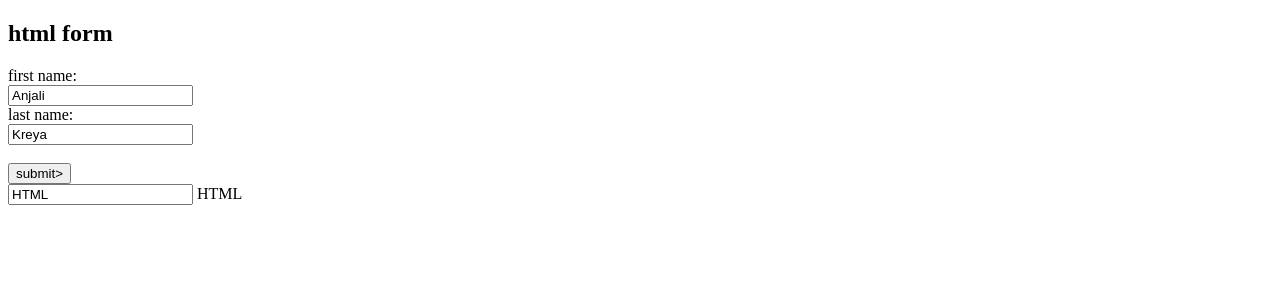
Repository: pratixa-chauhan/practice
Page: style/form.html
An editor plug-in stored every save of this project. The page is shown before and after the next save, followed by the edit.
The browser window is 1280 px wide. The pictures show the whole page.

Above is the page before, as saved 2021-12-17 17:05:52.

### style/form.html
<!DOCTYPE html>
<html>
    <body>
        <h2>html form</h2>
    <form action="action_page.php">
        <label for="fname">first name:</label><br>
        <input type="taxt" id="fname" name="fname" value="Anjali"><br>
        <label for="lname">last name:</label><br>
        <input type="taxt" id="lname" name="lname" value="Kreya"><br><br>
        <input type="submit" value="submit>"<br><br>
    </form>

    <form action="action_page.php">
        <input type="redio" id="html" name="fav_langauge" value="HTML">
        <label for="html">HTML</label>

    </form>
    </body>

</html>

After the next save:
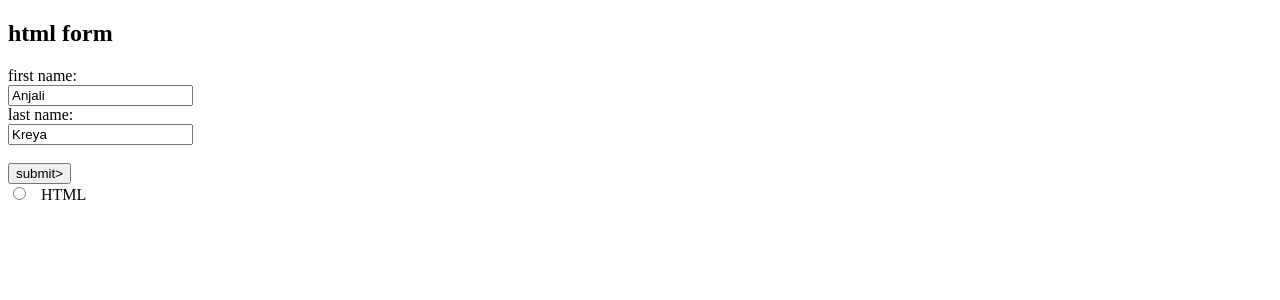
Saved 99 s later.
--- a/style/form.html
+++ b/style/form.html
@@ -11,8 +11,9 @@
     </form>
 
     <form action="action_page.php">
-        <input type="redio" id="html" name="fav_langauge" value="HTML">
-        <label for="html">HTML</label>
+        <input type="radio" id="html" name="fav_language" value="HTML">
+          <label for="html">HTML</label><br>
+
 
     </form>
     </body>
